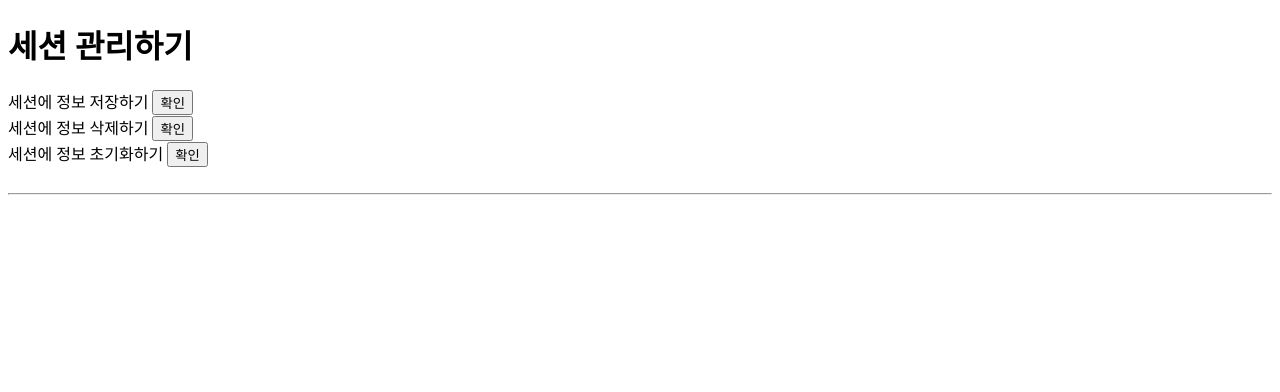
Repository: asnqty/workspace_jsp
Page: http://localhost/chapter02_jsp/Ex06_01_session.jsp
These files come from the project's save history. The page is drawn as it stood at one moment and after the next save; the edit follows.
The browser window is 1280 px wide. The pictures show the whole page.
The page is served by Tomcat 9.

Above is the page before, as saved 2025-11-25 06:19:21.

After the next save:
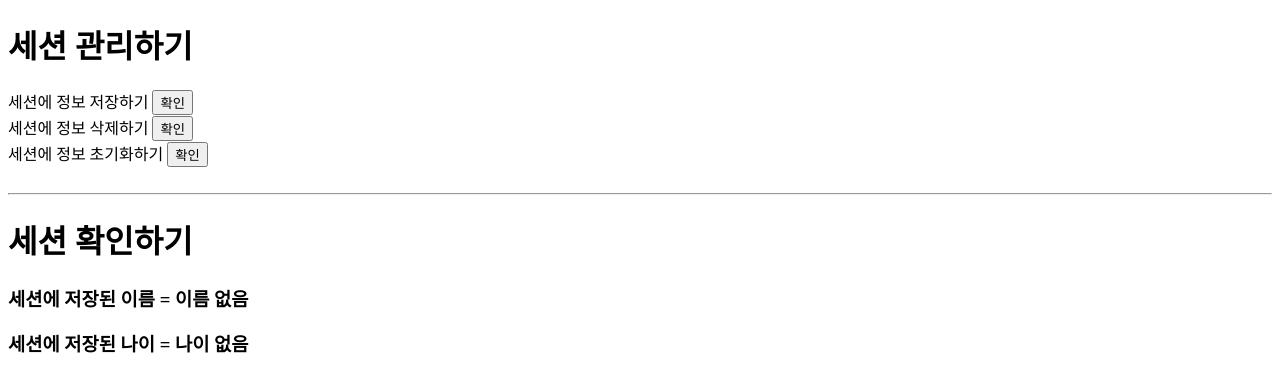
Saved 2 min 43 s later.
--- a/chapter02_jsp/WebContent/Ex06_01_session.jsp
+++ b/chapter02_jsp/WebContent/Ex06_01_session.jsp
@@ -41,6 +41,10 @@
 			age = (String)session.getAttribute("age");
 		}
 	%>
+
+	<h1>세션 확인하기</h1>
+	<h3>세션에 저장된 이름 = <%=name %></h3>
+	<h3>세션에 저장된 나이 = <%=age %></h3>
 </body>
 <script type="text/javascript">
 	function saveSession(){
